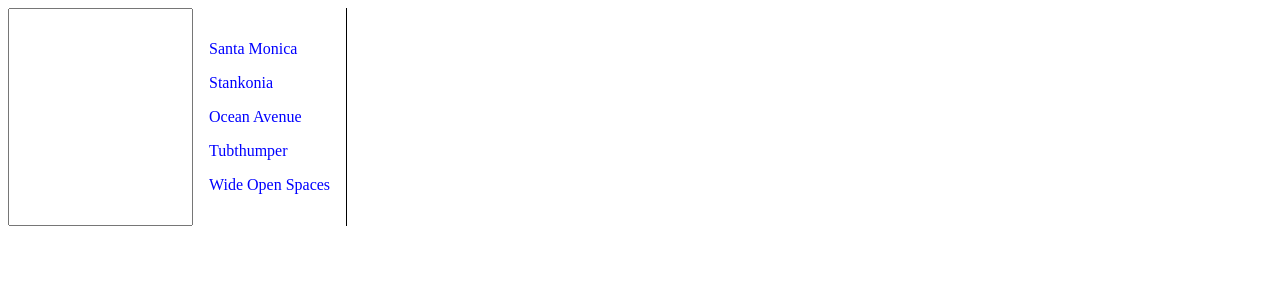
Repository: zhi-shou/moon
Page: /
The author's editor kept a copy of each file at every save. The page is drawn from the files as they stood at one save, then again after the next save.
The browser window is 1280 px wide. The pictures show the whole page.
The project was rebuilt for these pictures with package versions that can differ from the ones it lists, and the page was loaded fresh each time. Also part of the build but not shown: vite.config.js, src/routers/home.jsx, src/routers/info.jsx.

Above is the page before, as saved 2025-01-02 11:38:46.

After the next save:
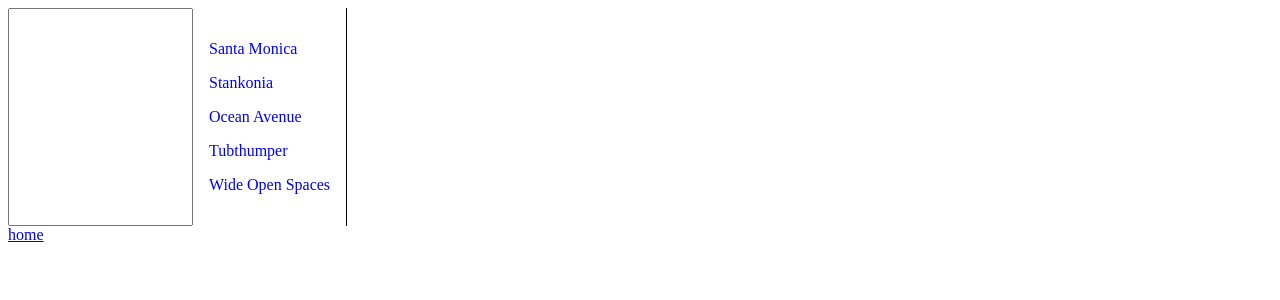
Saved 34 s later.
--- a/src/App.jsx
+++ b/src/App.jsx
@@ -10,7 +10,8 @@
   console.log('searchParams', searchParams.get('invoiceId'));
   console.log('location', location.state);
   return (
-    <div style={{ display: 'flex' }}>
+    <>
+      <div style={{ display: 'flex' }}>
       <input
         value={searchParams.get('filter') || ''}
         onChange={(event) => {
@@ -47,5 +48,7 @@
       </div>
       <Outlet />
     </div>
+    <Link to="/home">home</Link>
+    </>
   );
 }
